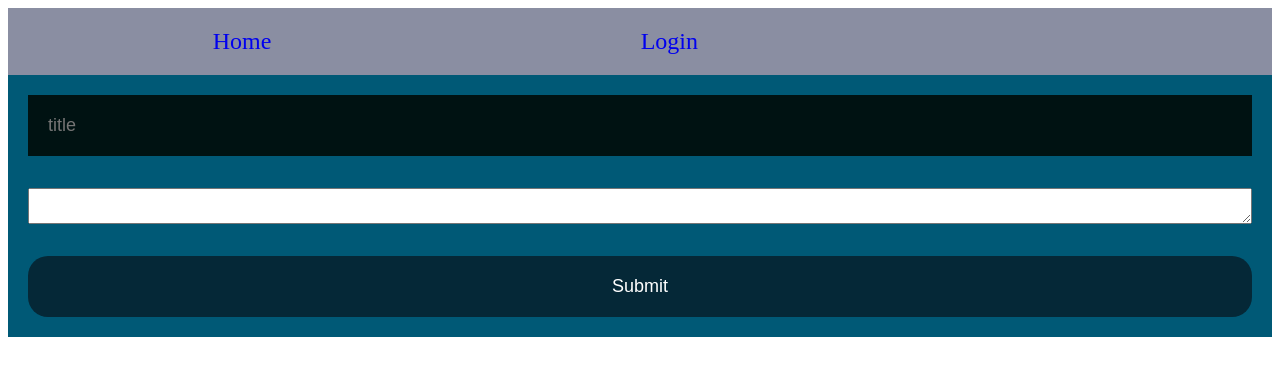
Repository: albinsabu2023/postapp
Page: /createpost
An editor plug-in stored every save of this project. The page is shown before and after the next save, followed by the edit.
The browser window is 1280 px wide. The pictures show the whole page.
The project was rebuilt for these pictures with package versions that can differ from the ones it lists, and the page was loaded fresh each time. Also part of the build but not shown: src/Components/Home.tsx, src/Components/Login.tsx.

Above is the page before, as saved 2024-02-05 11:28:15.

After the next save:
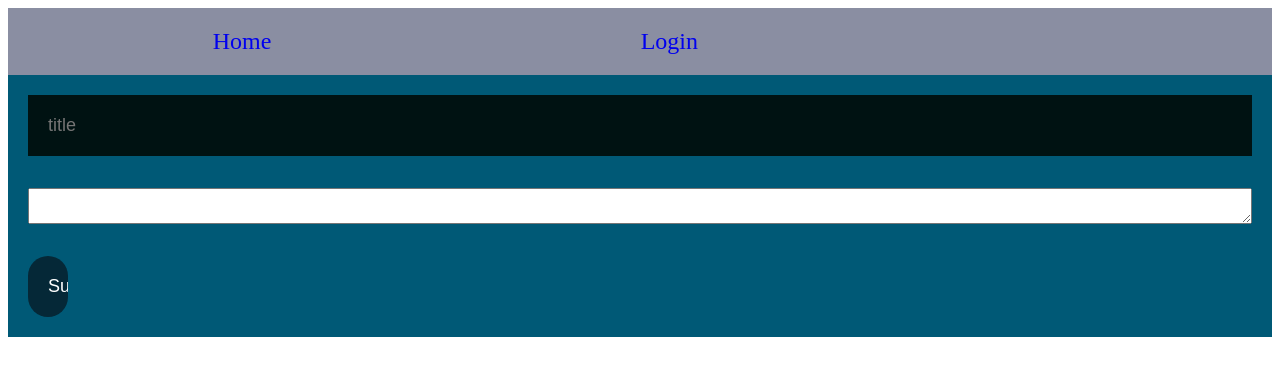
Saved 6 s later.
--- a/src/create-post/CreateForm.css
+++ b/src/create-post/CreateForm.css
@@ -18,4 +18,5 @@ form input:focus {
 .submitButton{
     background-color:rgb(5, 40, 55);
     border-radius: 20px;
+    width: 40px;
 }
